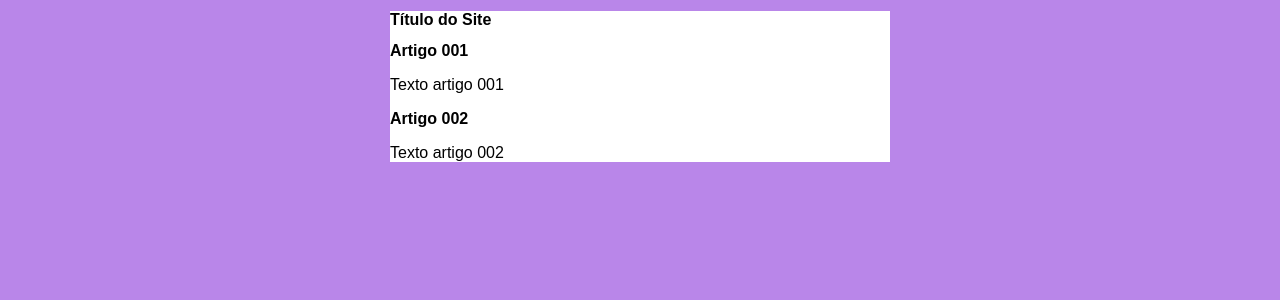
Repository: hbrunobrito/projeto-site
Page: index.html
These files come from the project's save history. The page is drawn as it stood at one moment and after a run of saves; the edit follows.
The browser window is 1280 px wide. The pictures show the whole page.

Above is the page before, as saved 2024-03-29 09:10:30.

After the next 3 saves:
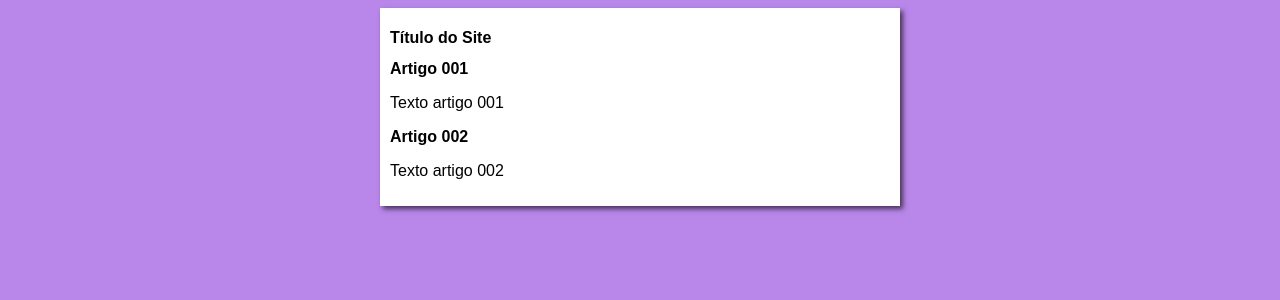
The 3 saves are shown as one change because they came seconds apart.
The last was saved 9 s later.
--- a/estilos/style.css
+++ b/estilos/style.css
@@ -12,6 +12,6 @@ main {
     background-color: white;
     width: 500px;
     margin: auto;
-    padin
+    padding: 10px;
     box-shadow: 3px 3px 5px rgba(0, 0, 0, 0.623);
 }
